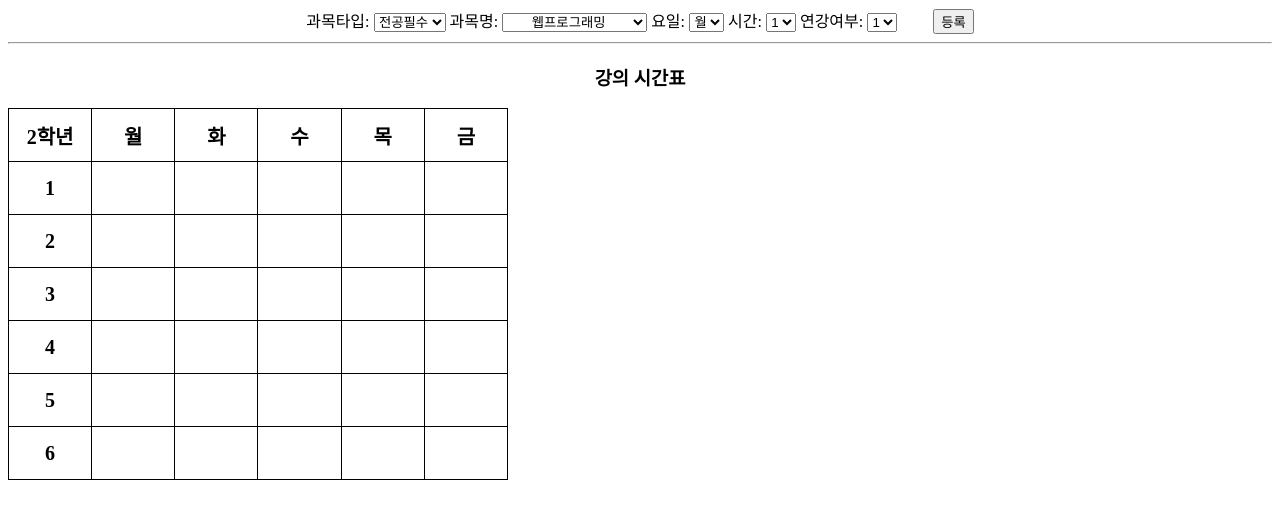
Repository: leecrossun/web-practice-javascript-2019
Page: http://localhost/First_half/Practice47/Practice47.jsp
An editor plug-in stored every save of this project. The page is shown before and after the next save, followed by the edit.
The browser window is 1280 px wide. The pictures show the whole page.
The page is served by Tomcat 9. Other server files are loaded and not shown.

Above is the page before, as saved 2019-12-11 05:35:16.

### JSP/First_half/WebContent/Practice47/Practice47.jsp
<!--문헌정보학과 20170581 이효선
         웹브라우저 : 크롬 -->
<%@ page language="java" contentType="text/html; charset=UTF-8"
    pageEncoding="UTF-8" import="jspbook.pr47.*" %>
<% request.setCharacterEncoding("UTF-8"); %>
<%@ page import="java.util.*" %>
<jsp:useBean id="bean" class="jspbook.pr47.LectureBean"/>
<jsp:useBean id="manager" class="jspbook.pr47.LectureManager" scope="session"/>
<jsp:setProperty property="*" name="bean"/>

<!DOCTYPE html>
<html>
<head>
<meta charset="UTF-8">
<title>시간표 작성</title>
<style>
	* {
		text-align: center;
	}
table{
	border-collapse:collapse;
	width:60%;
	height:100px;
	text-align:center;
}
table, td, th{
	border:solid 1px;
	width:500px;
	height:50px;
	font-size:13px;
}
#major {
	background-color: #ffe082;
}
#major_select {
	background-color: #b2ccff;
}
#refinement {
	background-color: #bdbdbd;
}
</style>
</head>
<body>
<form action="Practice40.jsp" method="post">
<%
String[] typeNames = {"전공필수", "전공선택", "교양", "자유선택"};
String[] titleNames = {"웹프로그래밍","운영체제","소프트웨어프로그래밍","데이터베이스개론","자료구조","네트워크","창의와감성","사회봉사"};
String[] days = {"월","화","수","목","금","토"};

int i;
out.println("과목타입: <select name=\"type\">");
for (i=0;i<typeNames.length;i++)
	out.println("<option value="+i+">"+typeNames[i]+"</option>");
out.println("</select>");

out.println("과목명: <select name=\"title\">");
for (i=0;i<titleNames.length;i++)
	out.println("<option value="+i+">"+titleNames[i]+"</option>");
out.println("</select>");

out.println("요일: <select name=\"day\">");
for (i=0;i<days.length;i++)
	out.println("<option value="+i+">"+days[i]+"</option>");
out.println("</select>");

out.println("시간: <select name=\"time\">");
for (i=1;i<7;i++)
	out.println("<option value="+i+">"+i+"</option>");
out.println("</select>");

out.println("연강여부: <select name=\"consecutive\">");
for (i=1;i<7;i++)
	out.println("<option value="+i+">"+i+"</option>");
out.println("</select>");
%>
&nbsp;&nbsp;&nbsp;&nbsp;&nbsp;&nbsp;&nbsp;
<input type="submit" value="등록">
<hr>
</form>
<%
// 파라미터 값 받기

String type = request.getParameter("type");
String title = request.getParameter("title");
String day = request.getParameter("day");
String time = request.getParameter("time");
String consecutives = request.getParameter("consecutive");

if (type != null && title != null && day != null && time != null && consecutives != null)
{
	manager.add(bean);
	manager.buildMatrix();
}

System.out.println("typeMatrix");
LectureManager.printMatrix(manager.getTypeMatrix());
System.out.println("titleMatrix");
LectureManager.printMatrix(manager.getTitleMatrix());
System.out.println("spanMatrix");
LectureManager.printMatrix(manager.getSpanMatrix());
%>
<%
int[][] lectureType = manager.getTypeMatrix();
int[][] consecutive = manager.getTitleMatrix();
int[][] lectureTitle = manager.getSpanMatrix();
%>
<div align=center><h3>강의 시간표</h3>
<table>
<%
out.println("<tr><th style='font-size:20px; font-weight:bold'>2학년</th>");
for(i=0; i<days.length-1; i++)
	out.println("<th style='font-size:20px; font-weight:bold'>"+days[i]+"</th>");
out.println("</tr>");

for(i=0; i<6; i++)
{
	out.println("<tr><td style='font-size:20px; font-weight:bold'>");
	out.print(i+1 + "</td>");
	for(int j=0; j<5; j++)
	{
		switch(lectureType[i][j])
		{
		case 1:
			out.print("<td id=major");
			break;
		case 2:
			out.print("<td id=major_select");
			break;
		case 3:
			out.print("<td id=refinement");
			break;
		default:
			out.print("<td");
		}
		if(consecutive[i][j]==1)
		{
			out.println(">");
		}
		else if(consecutive[i][j] != 0)
		{
			out.println(" rowspan='" + consecutive[i][j] + "'>");
		}
		if(lectureTitle[i][j]==-1)
		{
			out.println("&nbsp;");
		}
		else
		{
			out.println(titleNames[lectureTitle[i][j]]);
		}
		out.println("</td>");
	}
	out.println("</tr>");
}

for (LectureBean value : manager.getLectureList())
{
%>
	<%= value.toString() %>
<%
	out.println("<br>");
}
%>
</table>
</div>
</body>
</html>

### JSP/First_half/src/jspbook/pr47/LectureBean.java
package jspbook.pr47;

public class LectureBean {
	static final String[] typeNames = {"전공필수", "전공선택", "교양", "자유선택"};
	static final String[] titleNames = {"웹프로그래밍","운영체제","소프트웨어프로그래밍","데이터베이스개론","자료구조","네트워크","창의와감성","사회봉사"};
	static final String[] days = {"월","화","수","목","금","토"};

	private int type, title, day, time, consecutive;

	public LectureBean() {
		this.type = -1;
		this.title = -1;
		this.day = -1;
		this.time = -1;
		this.consecutive = -1;
	}

	//toString
	public String toString()
	{
		return typeNames[type] + "/" + titleNames[title] + "/" + days[day] + "/" + time + "/" + consecutive;
	}

	// getter setter
	public int getType() {
		return type;
	}

	public void setType(int type) {
		this.type = type;
	}

	public int getTitle() {
		return title;
	}

	public void setTitle(int title) {
		this.title = title;
	}

	public int getDay() {
		return day;
	}

	public void setDay(int day) {
		this.day = day;
	}

	public int getTime() {
		return time;
	}

	public void setTime(int time) {
		this.time = time;
	}

	public int getConsecutive() {
		return consecutive;
	}

	public void setConsecutive(int consecutive) {
		this.consecutive = consecutive;
	}

	public static String[] getTypenames() {
		return typeNames;
	}

	public static String[] getTitlenames() {
		return titleNames;
	}

	public static String[] getDays() {
		return days;
	}

}

### JSP/First_half/src/jspbook/pr47/LectureManager.java
package jspbook.pr47;
import java.util.*;
public class LectureManager {
	private static final int times = 6;
	private static final int days = 5;
	private int[][] typeMatrix = new int[times][days];
	private int[][] titleMatrix = {
			{1,1,1,1,1},
			{1,1,1,1,1},
			{1,1,1,1,1},
			{1,1,1,1,1},
			{1,1,1,1,1},
			{1,1,1,1,1}
	};
	private int[][] spanMatrix = {
			{-1,-1,-1,-1,-1},
			{-1,-1,-1,-1,-1},
			{-1,-1,-1,-1,-1},
			{-1,-1,-1,-1,-1},
			{-1,-1,-1,-1,-1},
			{-1,-1,-1,-1,-1}
	};

	public int[][] getTypeMatrix() {
		return typeMatrix;
	}

	public void setTypeMatrix(int[][] typeMatrix) {
		this.typeMatrix = typeMatrix;
	}

	public int[][] getTitleMatrix() {
		return titleMatrix;
	}

	public void setTitleMatrix(int[][] titleMatrix) {
		this.titleMatrix = titleMatrix;
	}

	public int[][] getSpanMatrix() {
		return spanMatrix;
	}

	public void setSpanMatrix(int[][] spanMatrix) {
		this.spanMatrix = spanMatrix;
	}
	ArrayList<LectureBean> lecturelist = new ArrayList<LectureBean>();

	public List<LectureBean> getLectureList()
	{
		return lecturelist;
	}

	public void add(LectureBean lbean)
	{
		lecturelist.add(lbean);
	}

	public void buildMatrix()
	{
		for (int i = 0; i < lecturelist.size(); i++)
		{
				typeMatrix[getLectureList().get(i).getTime()-1][getLectureList().get(i).getDay()] = getLectureList().get(i).getType()+1;
				titleMatrix[getLectureList().get(i).getTime()-1][getLectureList().get(i).getDay()] = getLectureList().get(i).getTitle();
				spanMatrix[getLectureList().get(i).getTime()-1][getLectureList().get(i).getDay()] = getLectureList().get(i).getConsecutive();
				if (getLectureList().get(i).getConsecutive()!=1)
				{
					int j = 1;
					while (j < getLectureList().get(i).getConsecutive())
					{
						spanMatrix[getLectureList().get(i).getTime()-1+j][getLectureList().get(i).getDay()] = 0;
						j++;
					}
				}
		}
	}
	public static void printMatrix(int[][] matrix)
	{
		for (int i = 0; i < times; i++)
		{
			for (int j = 0; j < days; j++)
			{
				System.out.print(matrix[i][j] + " ");
			}
			System.out.println("");
		}
	}
}

After the next save:
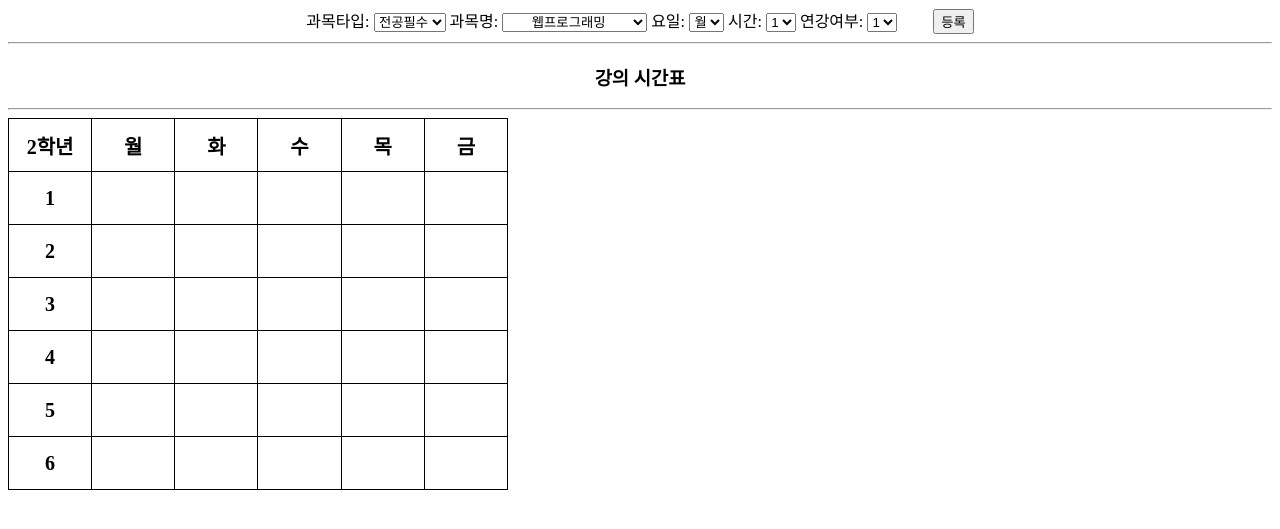
Saved 15 s later.
--- a/JSP/First_half/WebContent/Practice47/Practice47.jsp
+++ b/JSP/First_half/WebContent/Practice47/Practice47.jsp
@@ -153,6 +153,7 @@ for(i=0; i<6; i++)
 	out.println("</tr>");
 }
 
+out.println("<hr>");
 for (LectureBean value : manager.getLectureList())
 {
 %>
